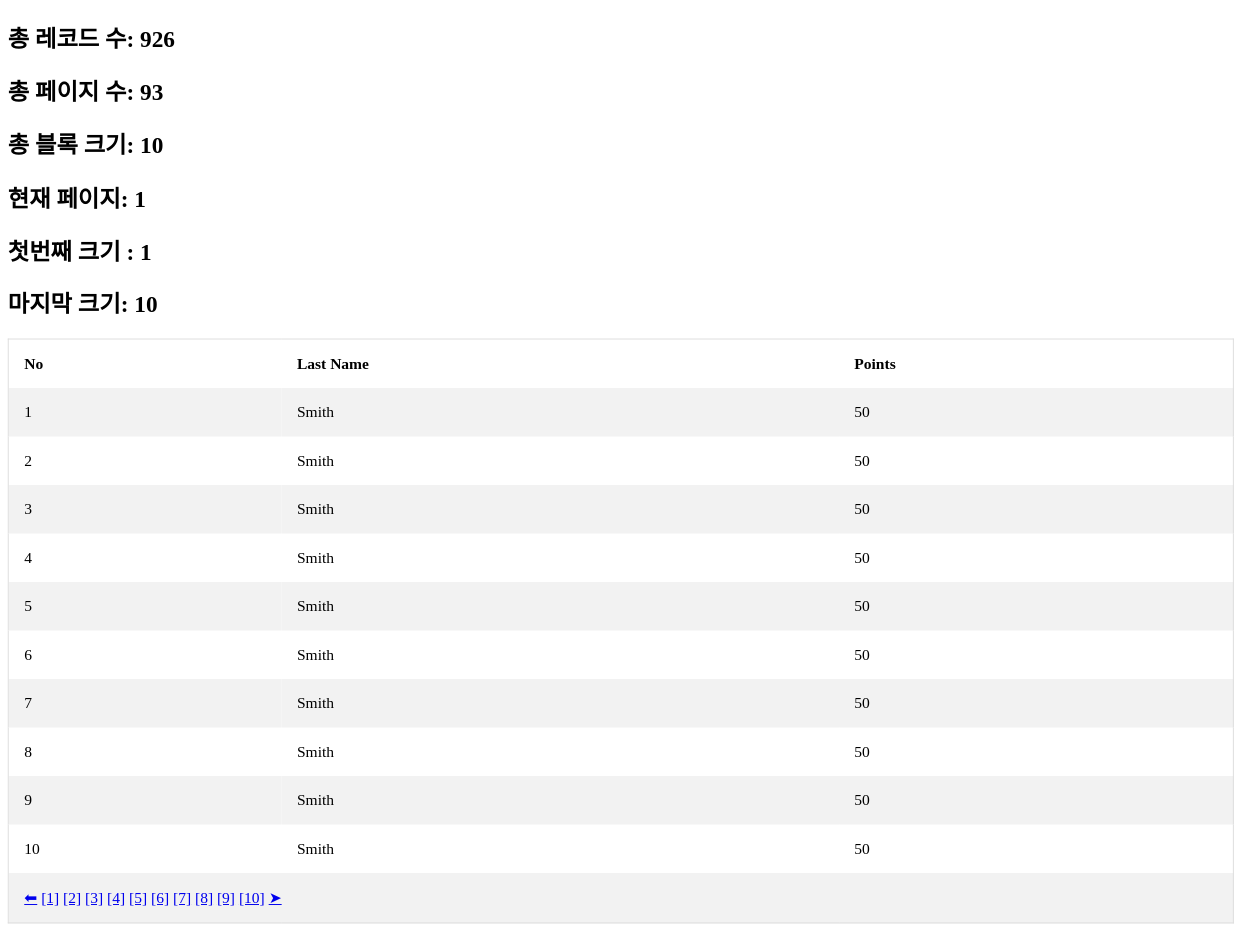
Repository: ABCchocolate/JSP_yooshin
Page: http://localhost/BoardApp/board/list.jsp?currentPage=1
These files come from the project's save history. The page is drawn as it stood at one moment and after the next save; the edit follows.
The browser window is 1280 px wide. The pictures show the whole page, at 97% of full size.
The page is served by Tomcat 9. Other server files are loaded and not shown.

Above is the page before, as saved 2025-07-02 08:36:23.

### BoardApp/src/main/webapp/board/list.jsp
<%@ page contentType="text/html; charset=utf-8" %>
<%
	int totalRecord = 926;
	int pageSize = 10;
	int currentPage = 1;

	String paramPage = request.getParameter("currentPage");
	if (paramPage != null) {
		currentPage = Integer.parseInt(paramPage);
	}

	int totalpage = (int)Math.ceil((float)totalRecord / pageSize);
	int blockSize = 10;
	int firstPage = 10*((currentPage-1)/blockSize) + 1; //블럭당 시작페이지
	int lastPage = firstPage + (blockSize -1); //블럭당 마지막페이
%>
<!DOCTYPE html>
<html>
<head>
<meta charset="utf-8">
<meta name="viewport" content="width=device-width, initial-scale=1">
<style>
table {
  border-collapse: collapse;
  width: 100%;
  border: 1px solid #ddd;
}
th, td {
  text-align: left;
  padding: 16px;
}
tr:nth-child(even) {
  background-color: #f2f2f2;
}

.pageNum{
	font-size : 27px;
	font-weight:bold;
	color: red;
}
</style>
</head>
<body>

<h2>총 레코드 수: <%= totalRecord %></h2>
<h2>총 페이지 수: <%= totalpage %></h2>
<h2>총 블록 크기: <%= blockSize %></h2>
<h2>현재 페이지: <%= currentPage %></h2>
<h2>첫번째 크기 : <%= firstPage %></h2>
<h2>마지막 크기: <%= lastPage %></h2>

<table>
  <tr>
    <th>No</th>
    <th>Last Name</th>
    <th>Points</th>
  </tr>
  <% for(int i = 0; i < pageSize; i++) {
       int recordNo = (currentPage - 1) * pageSize + i + 1;
       if (recordNo > totalRecord) break;
  %>
  <tr>
    <td><%= recordNo %></td>
    <td>Smith</td>
    <td>50</td>
  </tr>
  <% } %>

  <tr>
  	<td colspan="3" align="center">
 	  <a href="?currentPage=<%= (currentPage > 1 ? currentPage - 1 : 1) %>">⬅</a>
  	  <%

  		for (int i = firstPage; i <= lastPage; i++) {
  	  %>
  	    <a href="?currentPage=<%= i %>">[<%= i %>]</a>
  	  <% } %>
  	  <a href="?currentPage=<%= (currentPage < totalpage ? currentPage + 1 : totalpage) %>">➤</a>
  	</td>
  </tr>
</table>

</body>
</html>

After the next save:
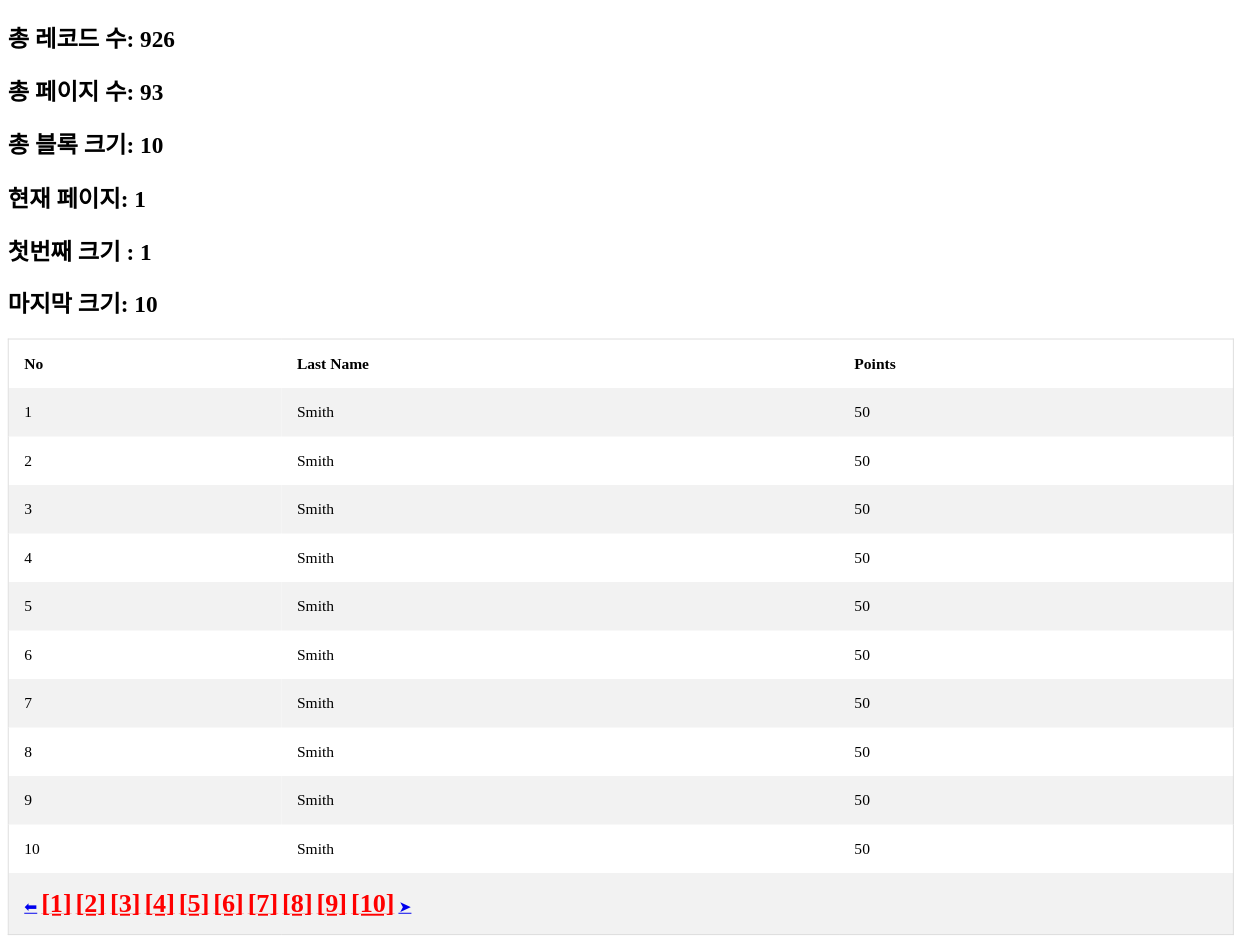
Saved 22 s later.
--- a/BoardApp/src/main/webapp/board/list.jsp
+++ b/BoardApp/src/main/webapp/board/list.jsp
@@ -73,7 +73,7 @@ tr:nth-child(even) {
 
   		for (int i = firstPage; i <= lastPage; i++) {
   	  %>
-  	    <a href="?currentPage=<%= i %>">[<%= i %>]</a>
+  	    <a class =pageNum href="?currentPage=<%= i %>">[<%= i %>]</a>
   	  <% } %>
   	  <a href="?currentPage=<%= (currentPage < totalpage ? currentPage + 1 : totalpage) %>">➤</a>
   	</td>
